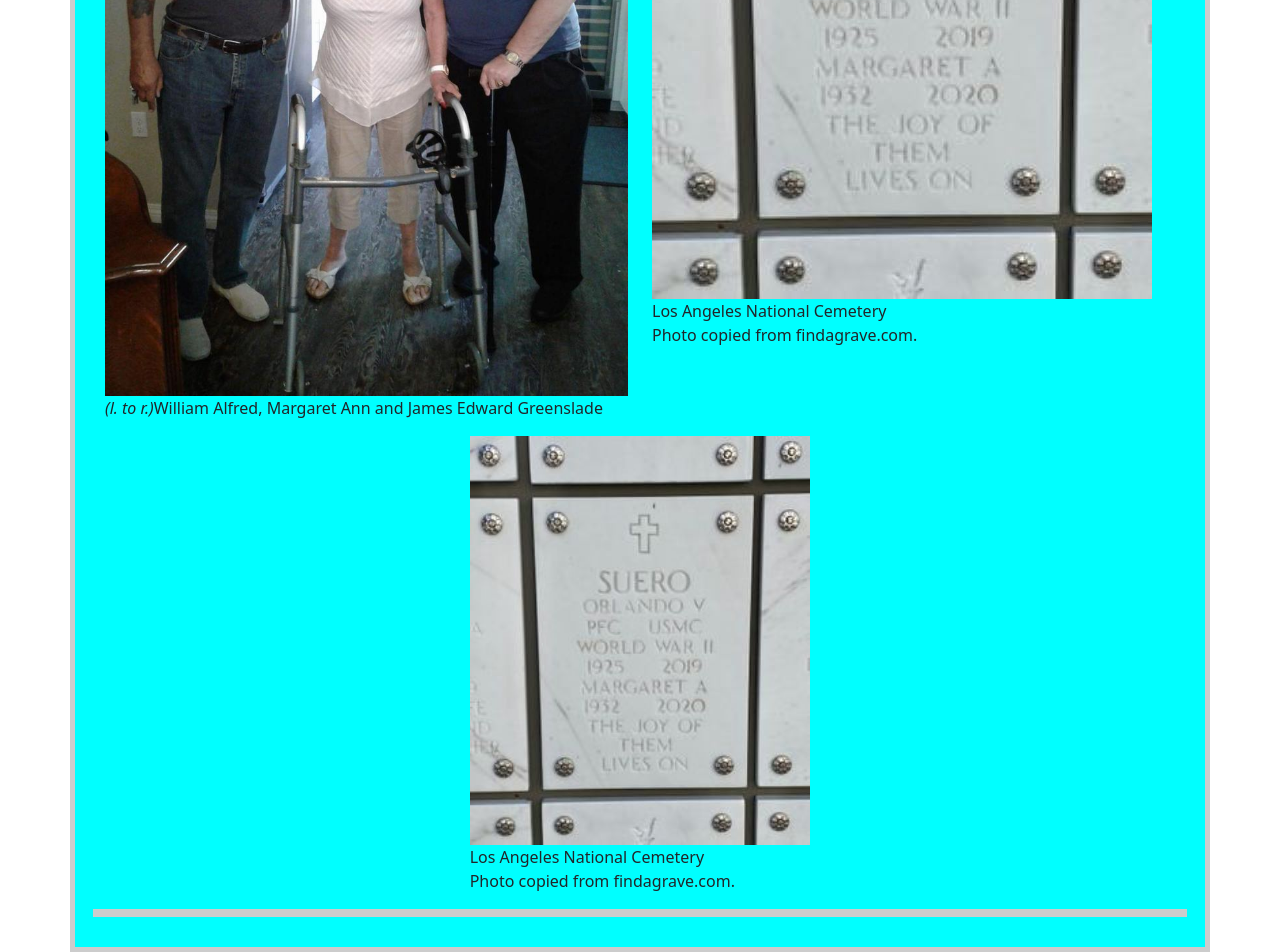
Repository: George2916/GreensladeFamilyTree
Page: photoMargaretAnnGreenslade.html
The author's editor kept a record of every edit. The page is drawn from the files as they stood at one moment, then again after the next edit.
The browser window is 1280 px wide. The pictures show the part of the page from y = 1148 to 2100 px (the page is 2100 px tall before and 1627 px after).
A picture or video elsewhere on the page could not be fetched, so the positions and the page height are approximate.

Above is the page before.

After the next edit:
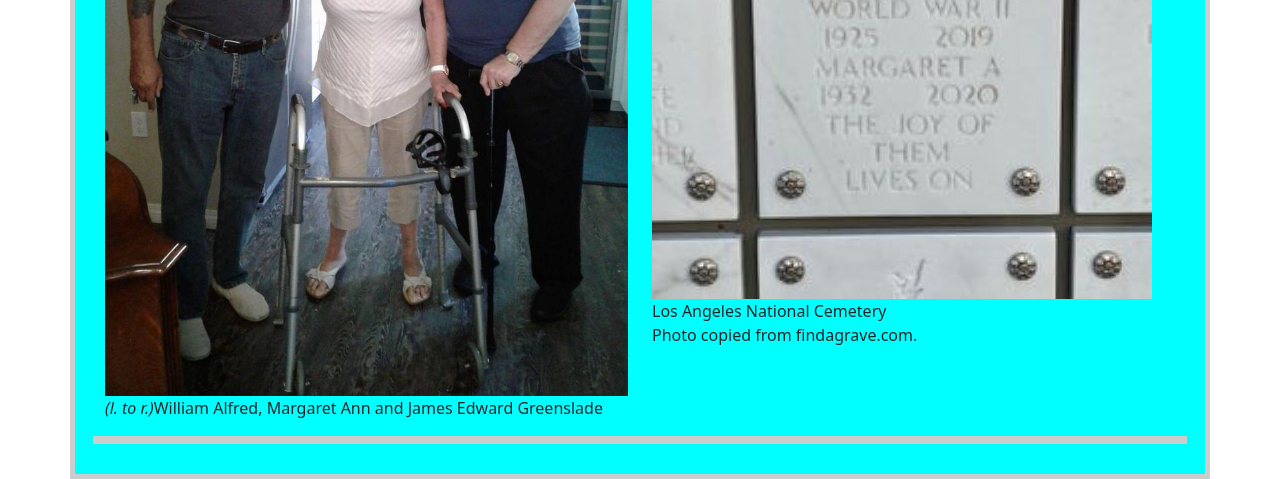
The edit:
--- a/photoMargaretAnnGreenslade.html
+++ b/photoMargaretAnnGreenslade.html
@@ -70,21 +70,6 @@
             <p>Los Angeles National Cemetery<br>Photo copied from findagrave.com.</p>
         </div>
 
-
-
-
-
-        <div class="col-1 col-md-4">
-        </div>
-
-        <div class="col-10 col-md-4 ">
-            <img class="img-fluid" src="images/peggyGreenslade(5).jpg">
-            <p>Los Angeles National Cemetery<br>Photo copied from findagrave.com.</p>
-        </div>
-
-        <div class="col-1 col-md-4">
-        </div>
-
     </div><!--closes third row-->
 
 </div> <!--closes container-->
